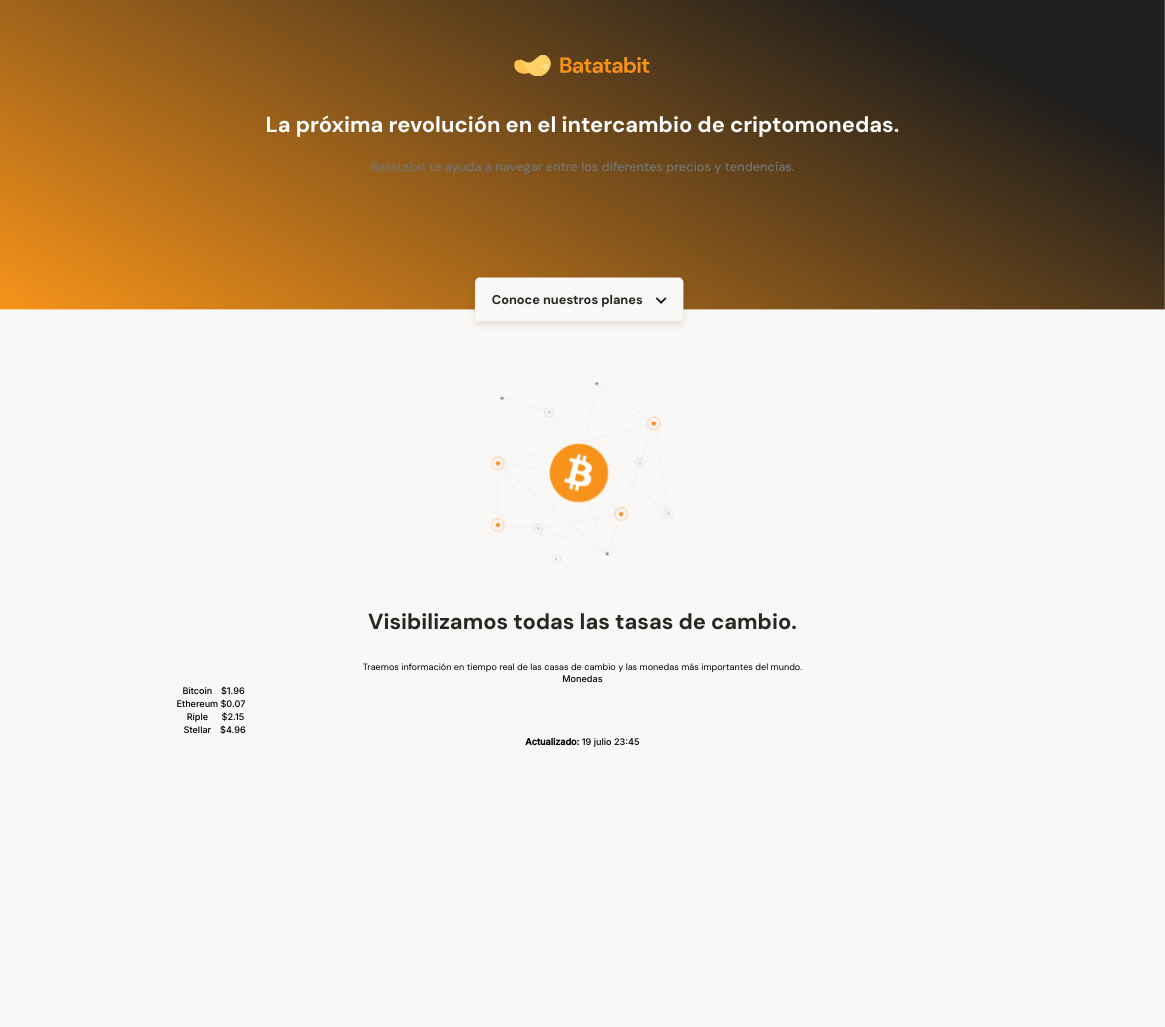
Repository: elto82/mobileFirst
Page: index.html
An editor plug-in stored every save of this project. The page is shown before and after the next save, followed by the edit.
The browser window is 1280 px wide. The pictures show the whole page, at 91% of full size.
Some web fonts or font styles are not loaded; a fallback is used.

Above is the page before, as saved 2022-06-07 18:00:05.

After the next save:
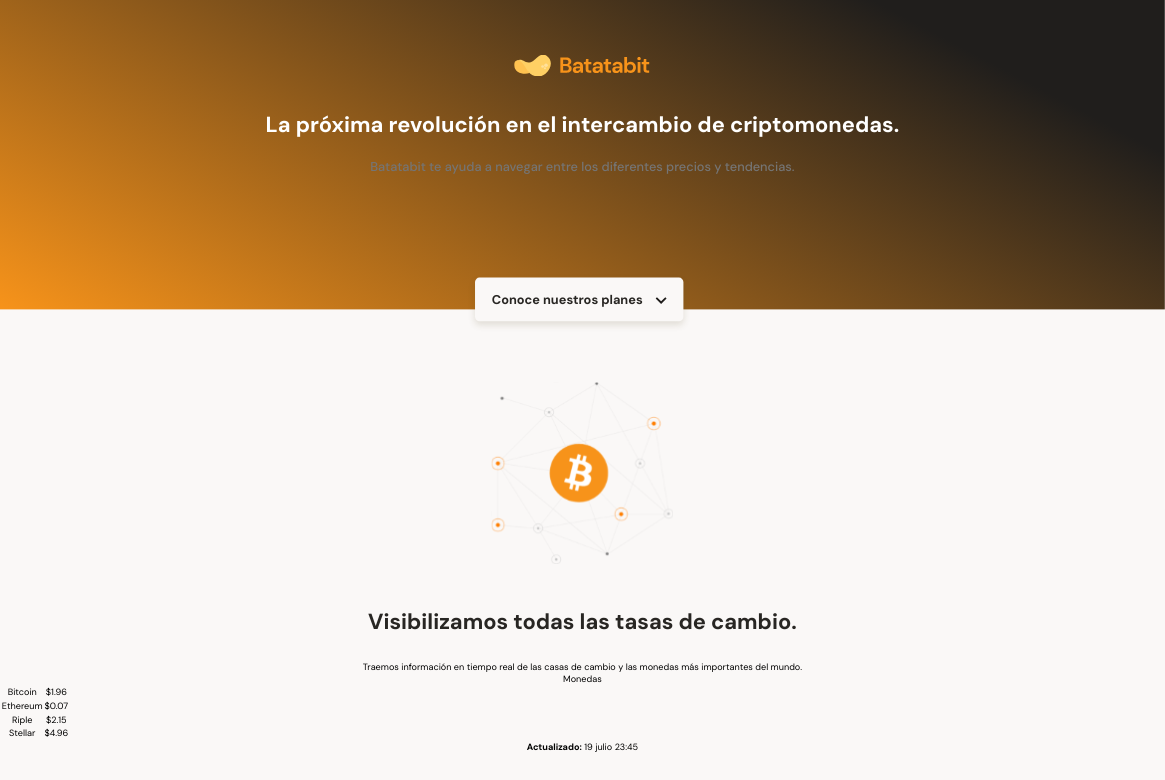
Saved 25 s later.
--- a/index.html
+++ b/index.html
@@ -30,7 +30,7 @@
             <p>Traemos información en tiempo real de las casas de cambio y las monedas más importantes del mundo.</p>
           </div>
           <section class="main-tables-container">
-              <div class="main-corrency-table">
+              <div class="main-currency-table">
                 <p class="currency-table--title">Monedas</p>
                 <div class="currency-table--container">
                   <table>

After the save that followed:
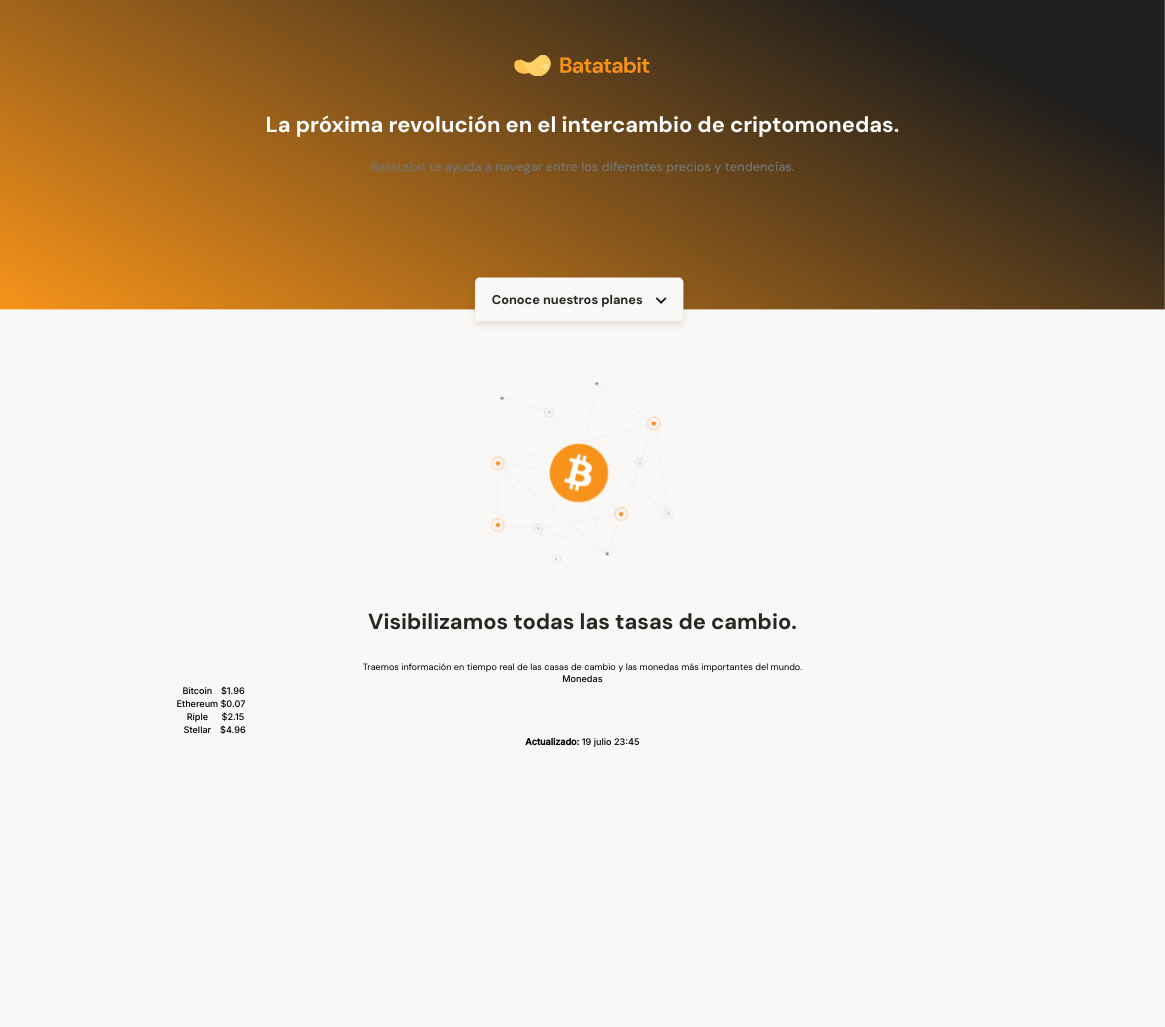
Saved 9 s later.
--- a/style.css
+++ b/style.css
@@ -133,7 +133,7 @@
     line-height: 1.6rem;
     color: #757575;
 }
-.main-corrency-table{
+.main-currency-table{
     width: 70%;
     min-width: 23.5rem;
     max-width: 50re;
